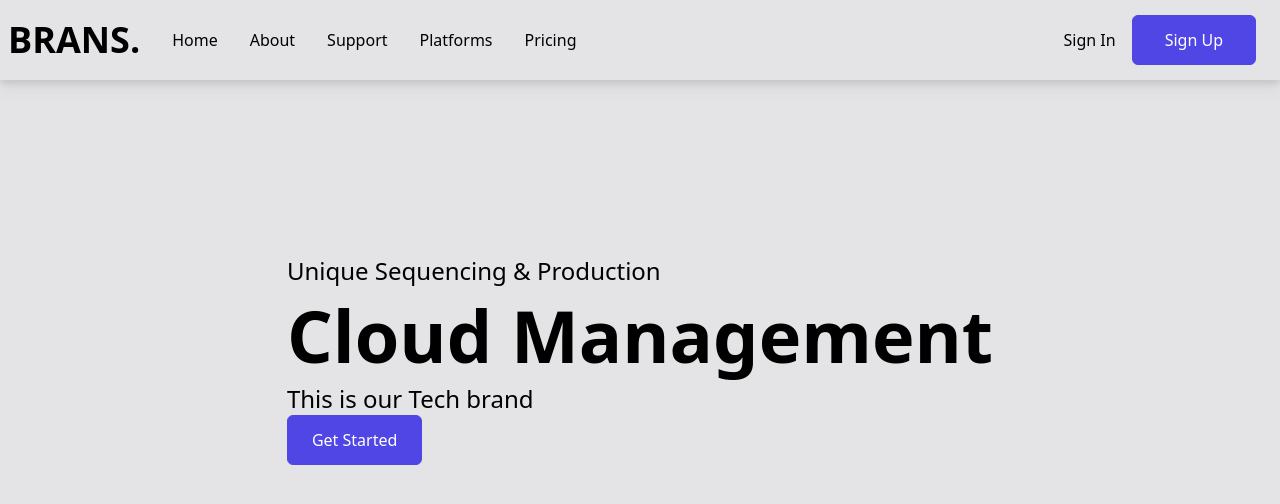
Repository: adrcstro/react-project-2
Page: /
These files come from the project's save history. The page is drawn as it stood at one moment and after the next save; the edit follows.
The browser window is 1280 px wide. The pictures show the whole page.
The project was rebuilt for these pictures with package versions that can differ from the ones it lists, and the page was loaded fresh each time.

Above is the page before, as saved 2024-08-15 14:39:21.

After the next save:
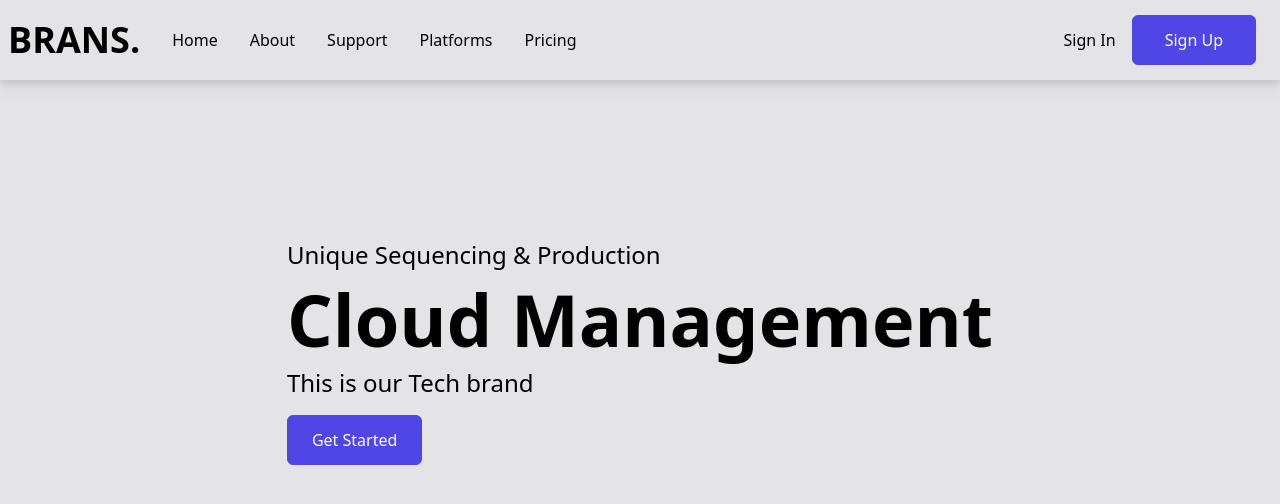
Saved 21 s later.
--- a/src/components/Hero.jsx
+++ b/src/components/Hero.jsx
@@ -16,7 +16,7 @@ function Hero() {
         <p className='text-2xl'>Unique Sequencing & Production</p>
         <h1 className='py-3 text-5xl md:text-7xl font-bold'>Cloud Management</h1>
         <p className='text-2xl'>This is our Tech brand</p>
-        <button className='py-3 px-6 sm-[60%] '>Get Started</button>
+        <button className='py-3 px-6 sm-[60%] my-4'>Get Started</button>
        </div>
 </div>
 
